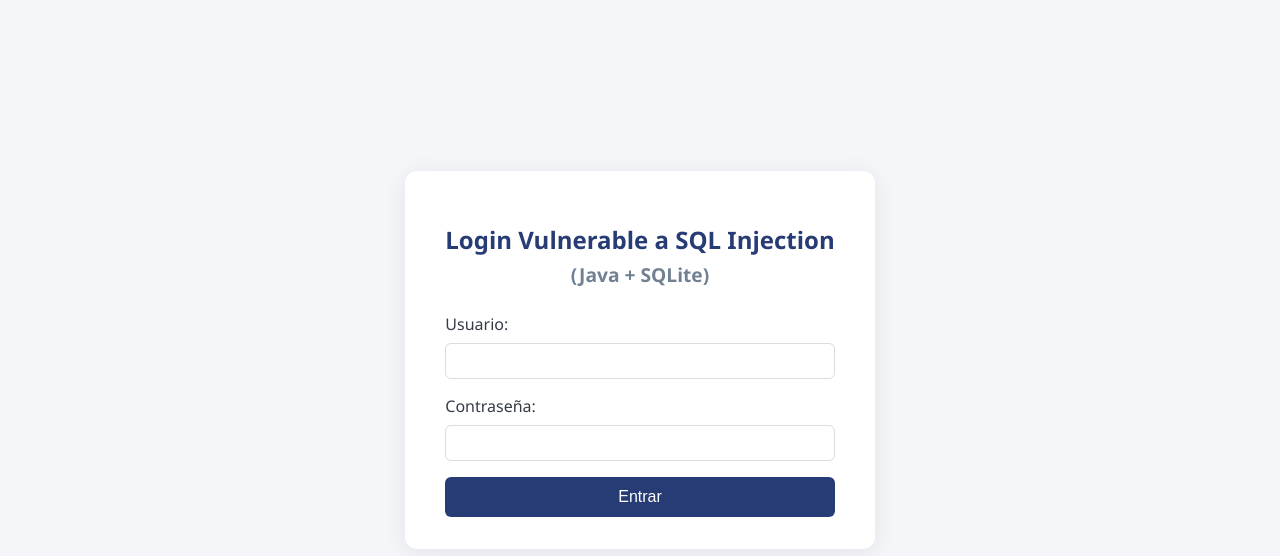
Repository: enriqq/sqlinjection
Page: login.html
These files come from the project's save history. The page is drawn as it stood at one moment and after the next save; the edit follows.
The browser window is 1280 px wide. The pictures show the whole page.

Above is the page before, as saved 2026-04-05 11:27:42.

After the next save:
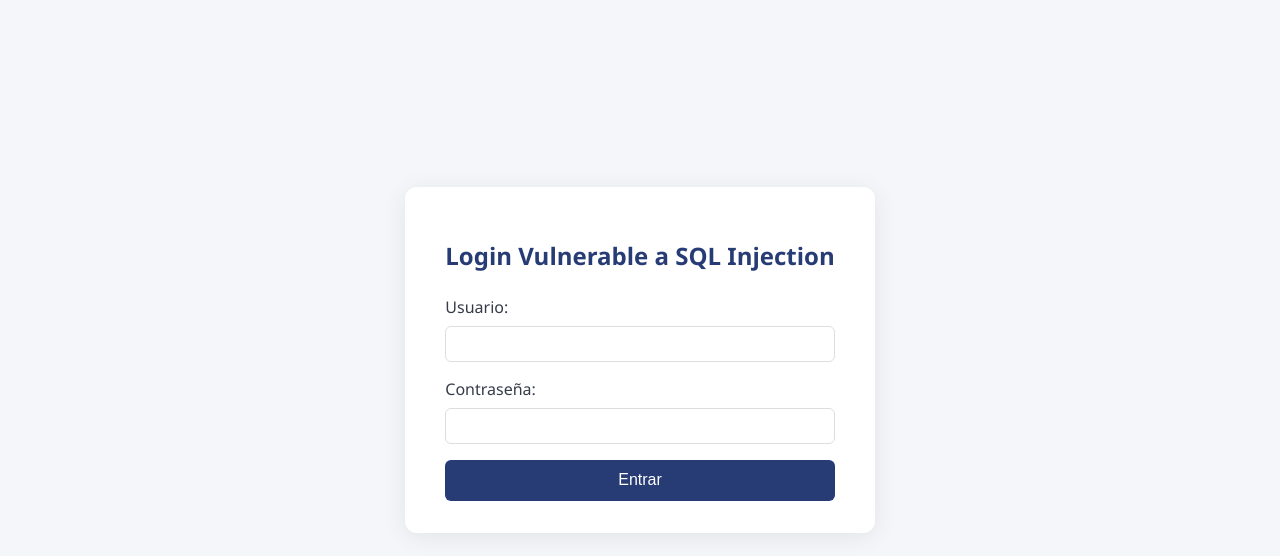
Saved 62 s later.
--- a/login.html
+++ b/login.html
@@ -58,7 +58,7 @@
 </head>
 <body>
     <div class="login-box">
-        <h2>Login Vulnerable a SQL Injection<br><span style="font-size:0.8em;color:#718093;">(Java + SQLite)</span></h2>
+        <h2>Login Vulnerable a SQL Injection</h2>
         <form method="post" action="LoginServlet">
             <label for="username">Usuario:</label>
             <input type="text" id="username" name="username" required>
